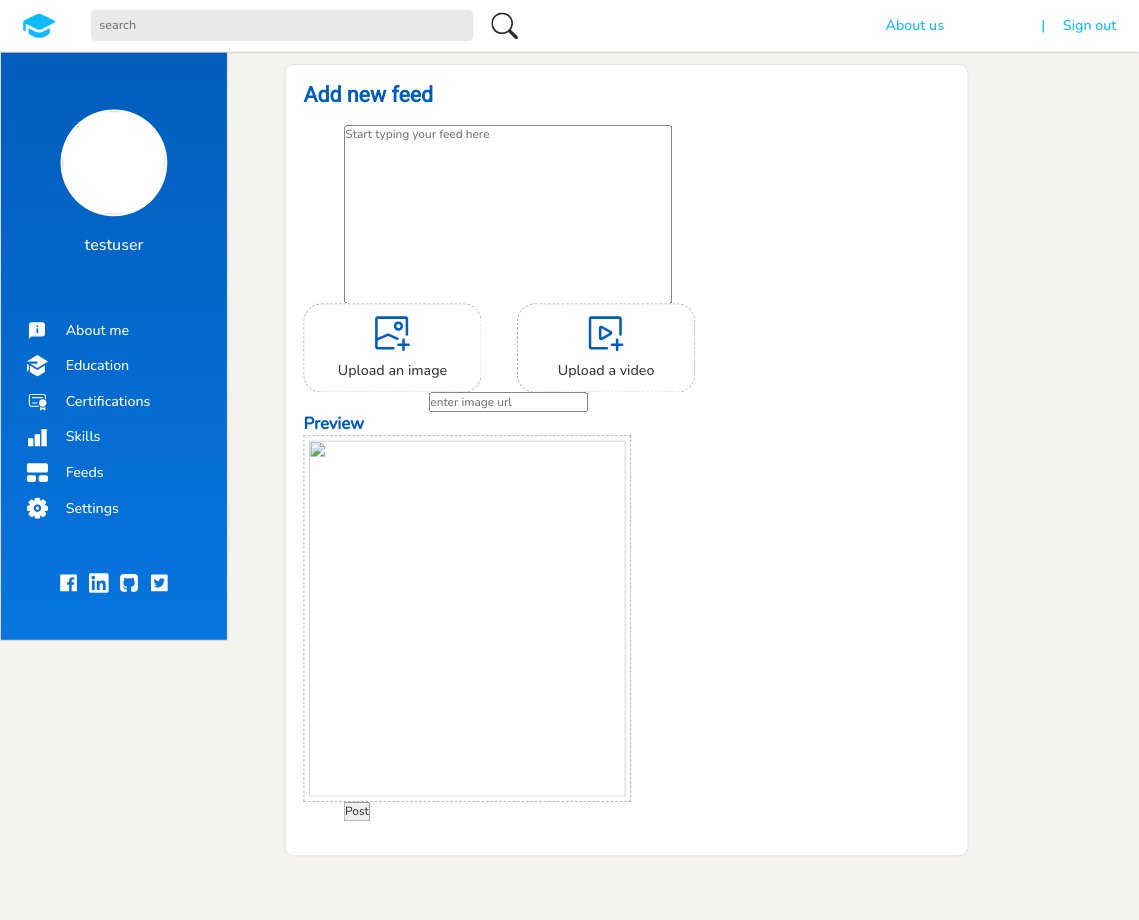
Repository: Mighil31/student_profile
Page: http://localhost/student_profile/feed/new_feed
An editor plug-in stored every save of this project. The page is shown before and after the next save, followed by the edit.
The browser window is 1280 px wide. The pictures show the whole page, at 89% of full size.
The page is served by Tomcat 9. The session is filled in as if someone had signed in: {"userID": 1, "userName": "testuser", "logged": true, "dp": 1}.

Above is the page before, as saved 2021-10-28 17:03:33.

After the next save:
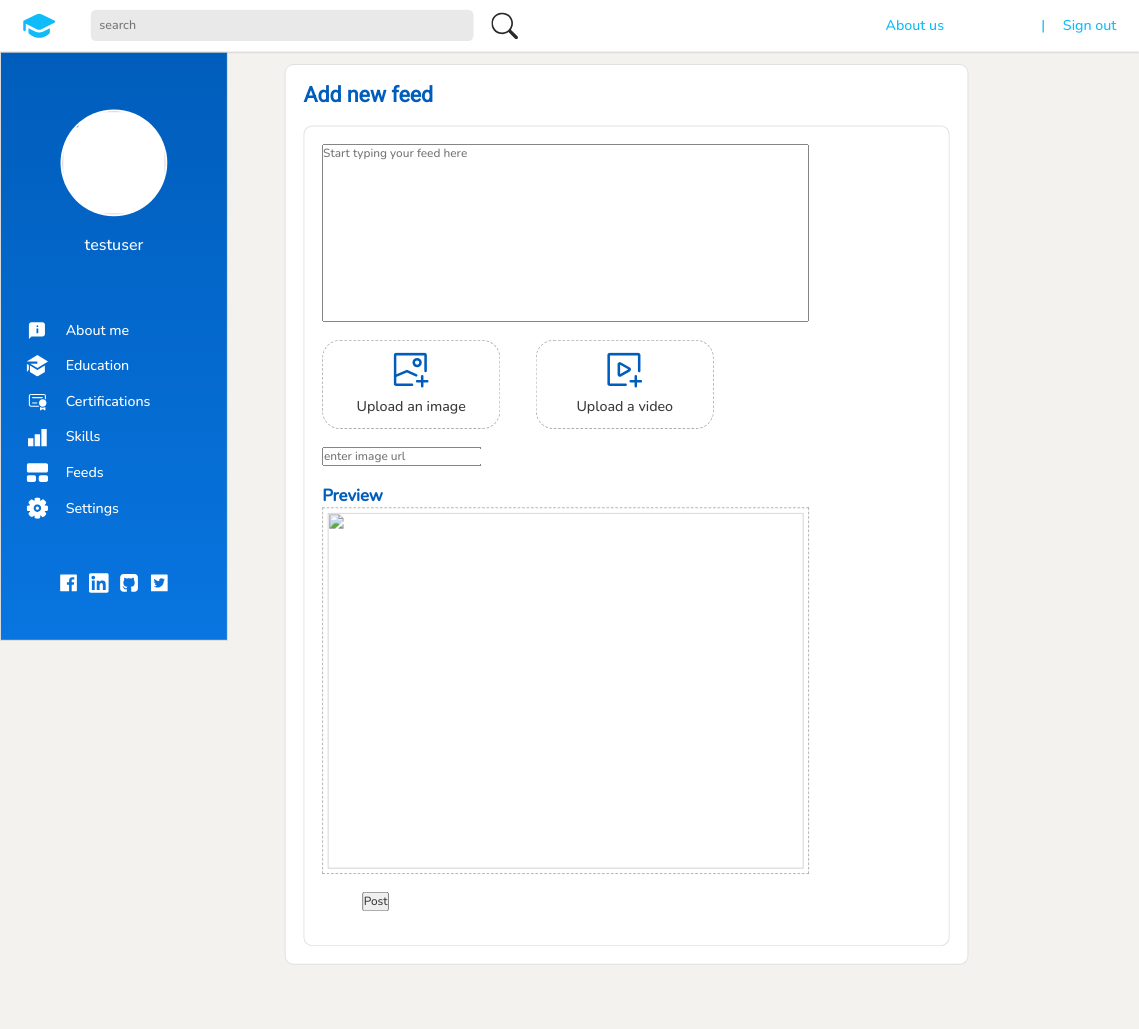
Saved 3 min 45 s later.
--- a/student_profile/src/main/webapp/styles/addFeed.css
+++ b/student_profile/src/main/webapp/styles/addFeed.css
@@ -57,6 +57,34 @@ body .addFeedComponent {
   padding: 20px;
   gap: 20px;
 }
+body .addFeedComponent form{
+  width: 100%;
+  background: white;
+  border-radius: 10px;
+  border: 1px solid #a7a7a756;
+  display: -webkit-box;
+  display: -ms-flexbox;
+  display: flex;
+  -webkit-box-pack: center;
+      -ms-flex-pack: center;
+          justify-content: center;
+  -webkit-box-align: center;
+      -ms-flex-align: center;
+          align-items: center;
+  text-align: center;
+  -webkit-box-orient: vertical;
+  -webkit-box-direction: normal;
+      -ms-flex-direction: column;
+          flex-direction: column;
+  -webkit-box-align: start;
+      -ms-flex-align: start;
+          align-items: flex-start;
+  -webkit-box-pack: start;
+      -ms-flex-pack: start;
+          justify-content: flex-start;
+  padding: 20px;
+  gap: 20px;
+}
 
 body .addFeedComponent h2 {
   color: #005dbb;
